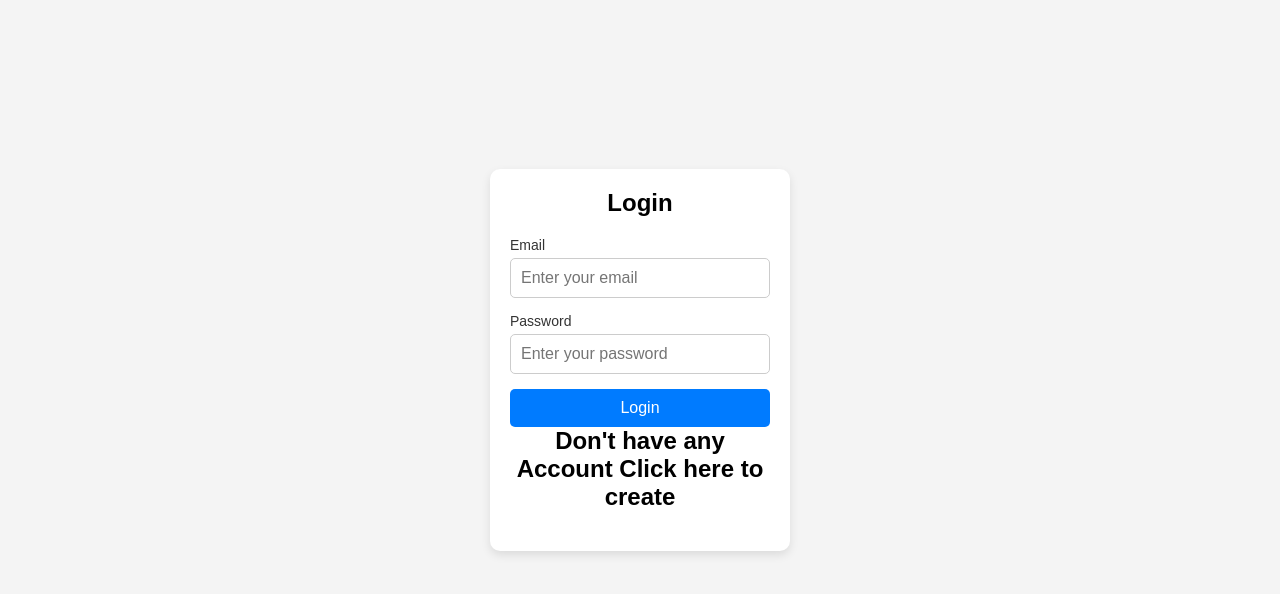
Repository: yhemachandra/ems
Page: http://localhost/ems/login.jsp
The author's editor kept a copy of each file at every save. The page is drawn from the files as they stood at one save, then again after the next save.
The browser window is 1280 px wide. The pictures show the whole page.
The page is served by Tomcat 9. Other server files are loaded and not shown.

Above is the page before, as saved 2024-10-18 06:50:33.

### ems/src/main/webapp/login.jsp
<%@ page language="java" contentType="text/html; charset=UTF-8"
    pageEncoding="UTF-8"%>
<!DOCTYPE html>
<html>
<head>
<meta charset="UTF-8">
<title>Login page</title>
<style type="text/css">
* {
    margin: 0;
    padding: 0;
    box-sizing: border-box;
}

body {
    font-family: Arial, sans-serif;
    background-color: #f4f4f4;
    display: flex;
    justify-content: center;
    align-items: center;
    height: 100vh;
}

.login-container {
    background-color: white;
    padding: 20px;
    border-radius: 10px;
    box-shadow: 0px 4px 10px rgba(0, 0, 0, 0.1);
    width: 300px;
}

h2 {
    text-align: center;
    margin-bottom: 20px;
}

.login-form {
    display: flex;
    flex-direction: column;
}

label {
    margin-bottom: 5px;
    font-size: 14px;
    color: #333;
}

input {
    padding: 10px;
    margin-bottom: 15px;
    border: 1px solid #ccc;
    border-radius: 5px;
    font-size: 16px;
}

input:focus {
    border-color: #007BFF;
    outline: none;
}

button {
    padding: 10px;
    background-color: #007BFF;
    color: white;
    border: none;
    border-radius: 5px;
    font-size: 16px;
    cursor: pointer;
}

button:hover {
    background-color: #0056b3;
}
</style>
</head>
<body>
	<div class="login-container">
        <h2>Login</h2>
        <form action="#" method="post" class="login-form">
            <label for="email">Email</label>
            <input type="email" id="email" name="email" required placeholder="Enter your email">

            <label for="password">Password</label>
            <input type="password" id="password" name="password" required placeholder="Enter your password">

            <button type="submit">Login</button>
        </form>
        <h2>Don't have any Account <a>Click here</a> to create</h2>
    </div>

</body>
</html>

After the next save:
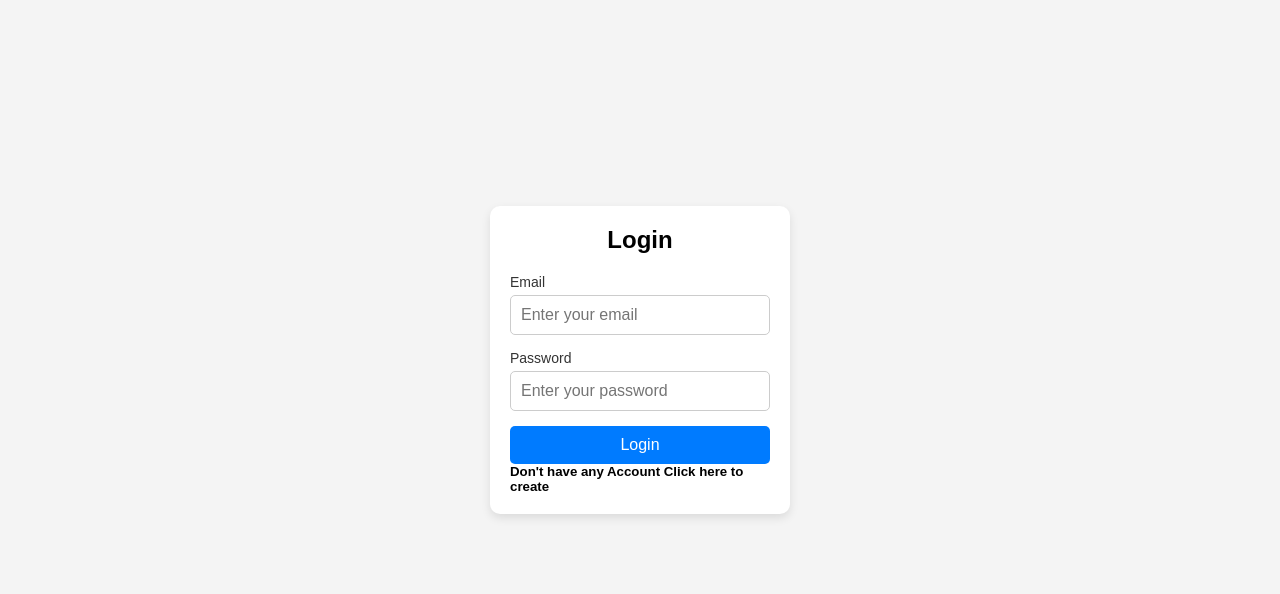
Saved 17 s later.
--- a/ems/src/main/webapp/login.jsp
+++ b/ems/src/main/webapp/login.jsp
@@ -85,7 +85,7 @@ button:hover {
 
             <button type="submit">Login</button>
         </form>
-        <h2>Don't have any Account <a>Click here</a> to create</h2>
+        <h5>Don't have any Account <a>Click here</a> to create</h5>
     </div>
 
 </body>
